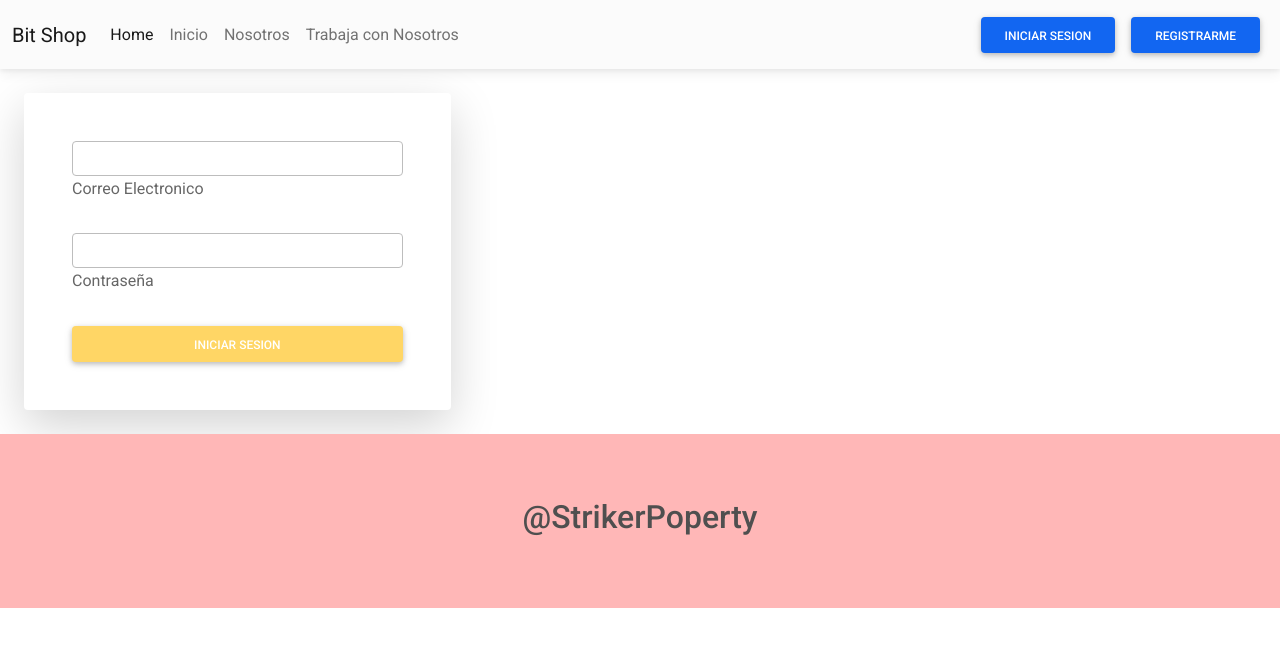
Repository: TzStrikerYT/myClassRoom
Page: /login (app in bit-shop-front/)
The author's editor kept a copy of each file at every save. The page is drawn from the files as they stood at one save, then again after the next save.
The browser window is 1280 px wide. The pictures show the whole page.
The project was rebuilt for these pictures with package versions that can differ from the ones it lists, and the page was loaded fresh each time. Also part of the build but not shown: bit-shop-front/angular.json, bit-shop-front/src/app/components/home/home.component.ts, bit-shop-front/src/app/components/not-found/not-found.component.ts.

Above is the page before, as saved 2022-02-23 19:03:50.

After the next save:
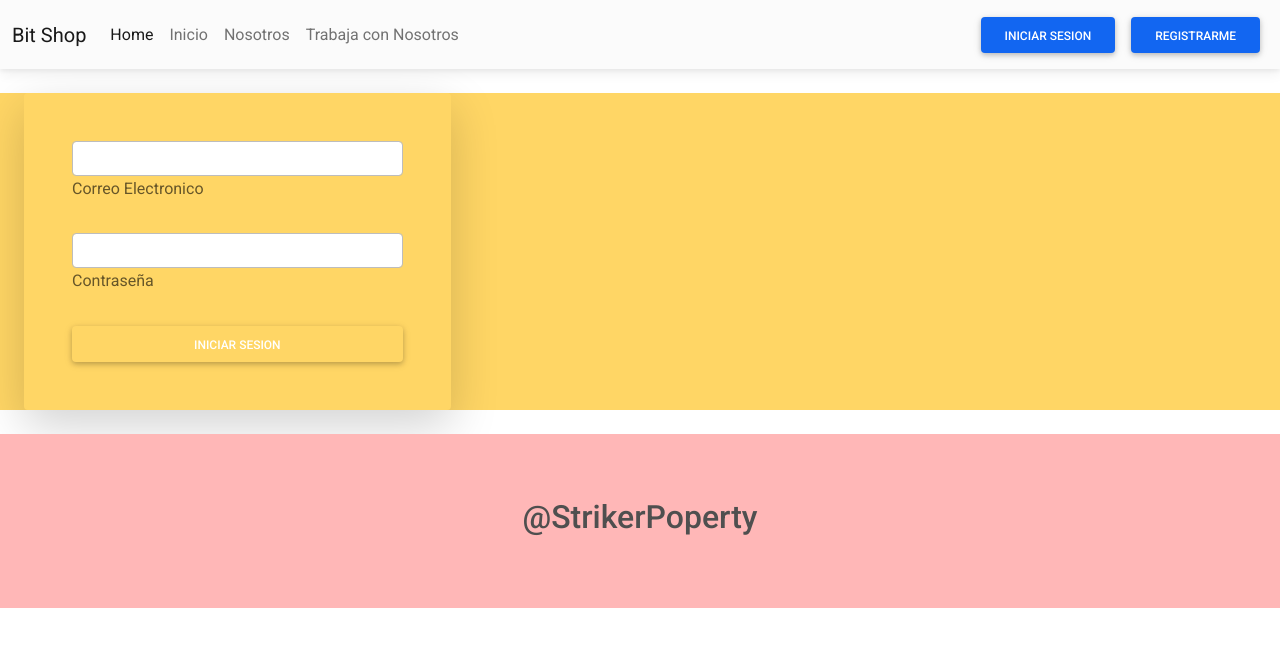
Saved 86 s later.
--- a/bit-shop-front/src/app/components/login/login.component.html
+++ b/bit-shop-front/src/app/components/login/login.component.html
@@ -1,4 +1,4 @@
-<section>
+<section class="bg-yellow">
 
     <div class="col-md-4 m-4 p-5 shadow-lg rounded">
         <form>
